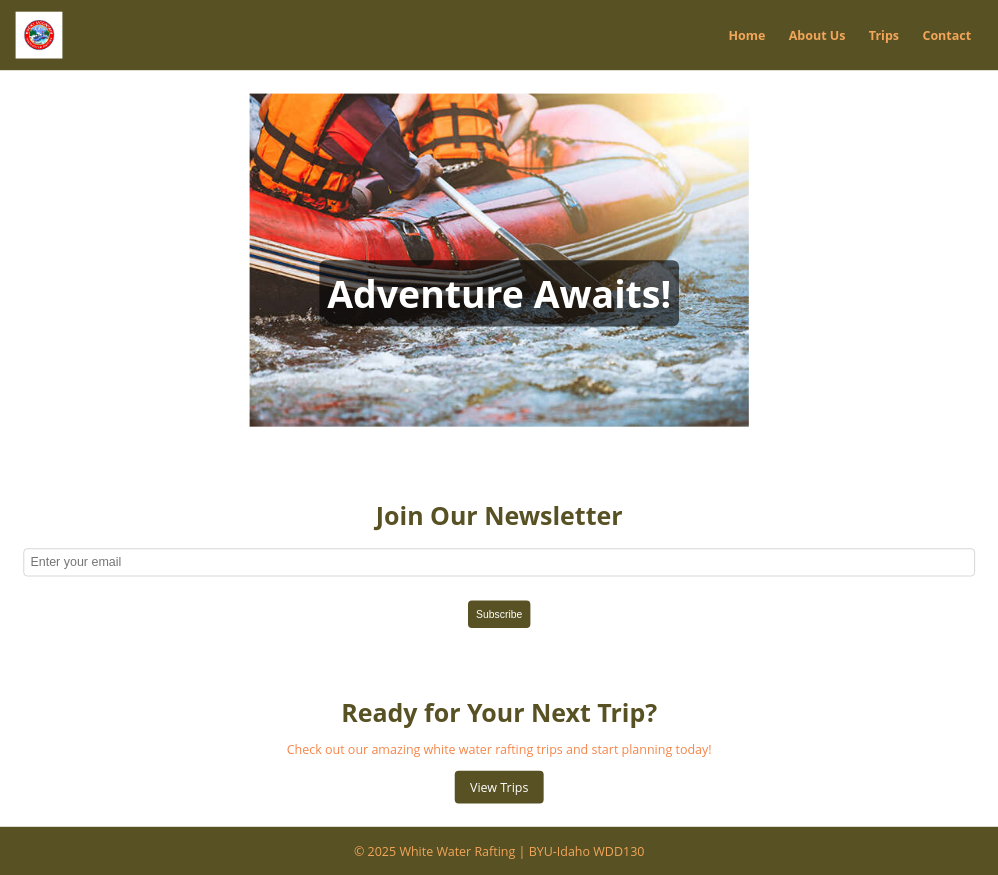
Repository: EguJaredoBoyd/wdd130
Page: wwr/index.html
An editor plug-in stored every save of this project. The page is shown before and after the next save, followed by the edit.
The browser window is 1280 px wide. The pictures show the whole page, at 78% of full size.

Above is the page before, as saved 2025-04-12 18:43:32.

### wwr/index.html
<!DOCTYPE html>
<html lang="en">

<head>
    <meta charset="UTF-8" />
    <meta name="viewport" content="width=device-width, initial-scale=1.0" />
    <meta name="description" content="White Water Rafting - Adventure Awaits! Plan your next trip with us.">
    <title>White Water Rafting | Home</title>
    <link rel="stylesheet" href="./styles/rafting.css" />
</head>

<body>
    <header>
        <img src="./images/rafting1.jpg" alt="Rafting Site Logo" class="logo" />
        <nav>
            <ul>
                <li><a href="index.html">Home</a></li>
                <li><a href="about.html">About Us</a></li>
                <li><a href="trips.html">Trips</a></li>
                <li><a href="contact.html">Contact</a></li>
            </ul>
        </nav>
    </header>

    <main>
        <section class="hero">
            <img src="./images/rHero.jpg" alt="Rafting adventure" class="hero"/>
            <h1>Adventure Awaits!</h1>
        </section>

        <section class="newsletter">
            <h2>Join Our Newsletter</h2>
            <form>
                <input type="email" placeholder="Enter your email" required />
                <button type="submit">Subscribe</button>
            </form>
        </section>

        <section class="cta">
            <h2>Ready for Your Next Trip?</h2>
            <p>Check out our amazing white water rafting trips and start planning today!</p>
            <a class="btn" href="trips.html">View Trips</a>
        </section>
    </main>

    <footer>
        <p>&copy; 2025 White Water Rafting | BYU-Idaho WDD130</p>
    </footer>
</body>

</html>

### wwr/styles/rafting.css
/* ========== Color Variables ========== */
:root {
    --primary-color: #585123;
    --secondary-color: #eec170;
    --accent-color: #f2a65a;
    --text-color: #f58549;
    --background-color: #ffffff;
}

/* ========== Global Styles ========== */
body {
    font-family: 'Open Sans', sans-serif;
    color: var(--text-color);
    background-color: var(--background-color);
    margin: 0;
    padding: 0;
}

a {
    text-decoration: none;
    color: inherit;
}

/* ========== Header ========== */
header {
    display: flex;
    align-items: center;
    justify-content: space-between;
    background-color: var(--primary-color);
    padding: 15px 20px;
    flex-wrap: wrap;
}

.logo {
    height: 60px;
}

header h1 {
    color: var(--secondary-color);
    font-size: 1.8em;
    margin: 0 auto;
}

/* ========== Navigation ========== */
nav ul {
    display: flex;
    justify-content: center;
    list-style: none;
    padding: 0;
    margin: 0;
    flex-wrap: wrap;
}

nav ul li {
    margin: 0 15px;
}

nav a {
    color: var(--accent-color);
    font-weight: 700;
    transition: color 0.3s ease-in-out;
}

nav a:hover,
nav a.active {
    color: var(--secondary-color);
}

/* ========== Hero Section ========== */
.hero {
    position: relative;
    text-align: center;
    color: var(--accent-color);
}

.hero-image {
    width: 100%;
    height: auto;
}

.hero h1 {
    position: absolute;
    top: 50%;
    left: 50%;
    transform: translate(-50%, -50%);
    font-size: 3em;
    background-color: rgba(0, 0, 0, 0.6);
    color: white;
    padding: 10px;
    border-radius: 8px;
}

/* ========== Sections ========== */
section {
    padding: 30px;
    text-align: center;
}

section h2 {
    color: var(--primary-color);
    font-size: 2em;
    margin-bottom: 15px;
}

/* ========== Call-to-Action Button ========== */
.btn {
    background-color: var(--primary-color);
    color: white;
    padding: 10px 20px;
    border-radius: 5px;
    display: inline-block;
    transition: background 0.3s;
}

.btn:hover {
    background-color: var(--accent-color);
}

/* ========== Newsletter Form ========== */
.newsletter form {
    display: flex;
    justify-content: center;
    flex-wrap: wrap;
    gap: 1rem;
    margin-top: 1rem;
}

.newsletter input {
    padding: 0.5rem;
    font-size: 1rem;
    border-radius: 5px;
    border: 1px solid #ccc;
}

/* ========== Mission Article ========== */
article {
    display: flex;
    align-items: center;
    background-color: var(--secondary-color);
    padding: 20px;
    border-radius: 10px;
    margin: 20px auto;
    max-width: 900px;
    flex-wrap: wrap;
}

.article-image {
    width: 200px;
    margin-right: 20px;
    border-radius: 8px;
}

/* ========== Adventure Gallery ========== */
.adventure-gallery {
    display: grid;
    grid-template-columns: repeat(auto-fit, minmax(200px, 1fr));
    gap: 20px;
    padding: 20px;
}

.adventure-gallery figure {
    text-align: center;
    background-color: var(--background-color);
    padding: 10px;
    border-radius: 8px;
    box-shadow: 0 4px 8px rgba(0, 0, 0, 0.2);
}

.adventure-gallery img {
    width: 100%;
    height: auto;
    border-radius: 8px;
}

figcaption {
    margin-top: 8px;
    font-weight: bold;
    color: var(--text-color);
}

/* ========== Trip Grid (Trips Page) ========== */
.trips-grid {
    display: grid;
    grid-template-columns: repeat(auto-fit, minmax(250px, 1fr));
    gap: 2rem;
    padding: 2rem;
}

.trips-grid article {
    border: 1px solid #ccc;
    padding: 1rem;
    border-radius: 8px;
    text-align: center;
    background-color: var(--background-color);
}

/* ========== Contact Page ========== */
.company-info {
    background-color: var(--secondary-color);
    padding: 20px;
    border-radius: 8px;
}

.company-info p {
    font-size: 1.1em;
    margin: 5px 0;
}

/* ========== Employee Gallery ========== */
.employees {
    padding: 20px;
}

.employee-gallery {
    display: flex;
    justify-content: center;
    gap: 20px;
    flex-wrap: wrap;
}

.employee-gallery figure {
    text-align: center;
    background-color: var(--background-color);
    padding: 15px;
    border-radius: 10px;
    box-shadow: 0 4px 8px rgba(0, 0, 0, 0.2);
}

.employee-gallery img {
    width: 200px;
    height: 200px;
    border-radius: 50%;
}

/* ========== Contact Form ========== */
.contact-form {
    background-color: var(--secondary-color);
    padding: 20px;
    border-radius: 10px;
    max-width: 600px;
    margin: auto;
}

.contact-form form {
    display: flex;
    flex-direction: column;
}

.contact-form label {
    font-weight: bold;
    margin-top: 10px;
}

input,
textarea {
    padding: 8px;
    margin-top: 5px;
    border-radius: 5px;
    border: 1px solid #ccc;
    width: 100%;
}

fieldset {
    border: none;
    padding: 10px 0;
}

fieldset label {
    display: block;
    margin-bottom: 5px;
}

button {
    background-color: var(--primary-color);
    color: white;
    padding: 10px;
    border: none;
    margin-top: 15px;
    cursor: pointer;
    border-radius: 5px;
    transition: background 0.3s;
}

button:hover {
    background-color: var(--accent-color);
}

/* ========== Footer ========== */
footer {
    background-color: var(--primary-color);
    color: var(--accent-color);
    text-align: center;
    padding: 15px 0;
}

footer p {
    margin: 5px 0;
}

.social-icons {
    display: flex;
    justify-content: center;
    gap: 15px;
    margin-top: 10px;
}

.social-icons a {
    display: inline-block;
}

footer img {
    width: 35px;
    height: 35px;
    transition: transform 0.3s ease-in-out;
}

footer img:hover {
    transform: scale(1.1);
}

/* ========== Responsive Design ========== */
@media (max-width: 768px) {
    header {
        flex-direction: column;
        text-align: center;
    }

    nav ul {
        flex-direction: column;
        padding-top: 10px;
    }

    nav ul li {
        margin-bottom: 10px;
    }

    .hero h1 {
        font-size: 2em;
        padding: 5px;
    }

    .article-image {
        width: 150px;
        margin: 0 auto 15px;
    }

    .employee-gallery {
        flex-direction: column;
        align-items: center;
    }
}

After the next save:
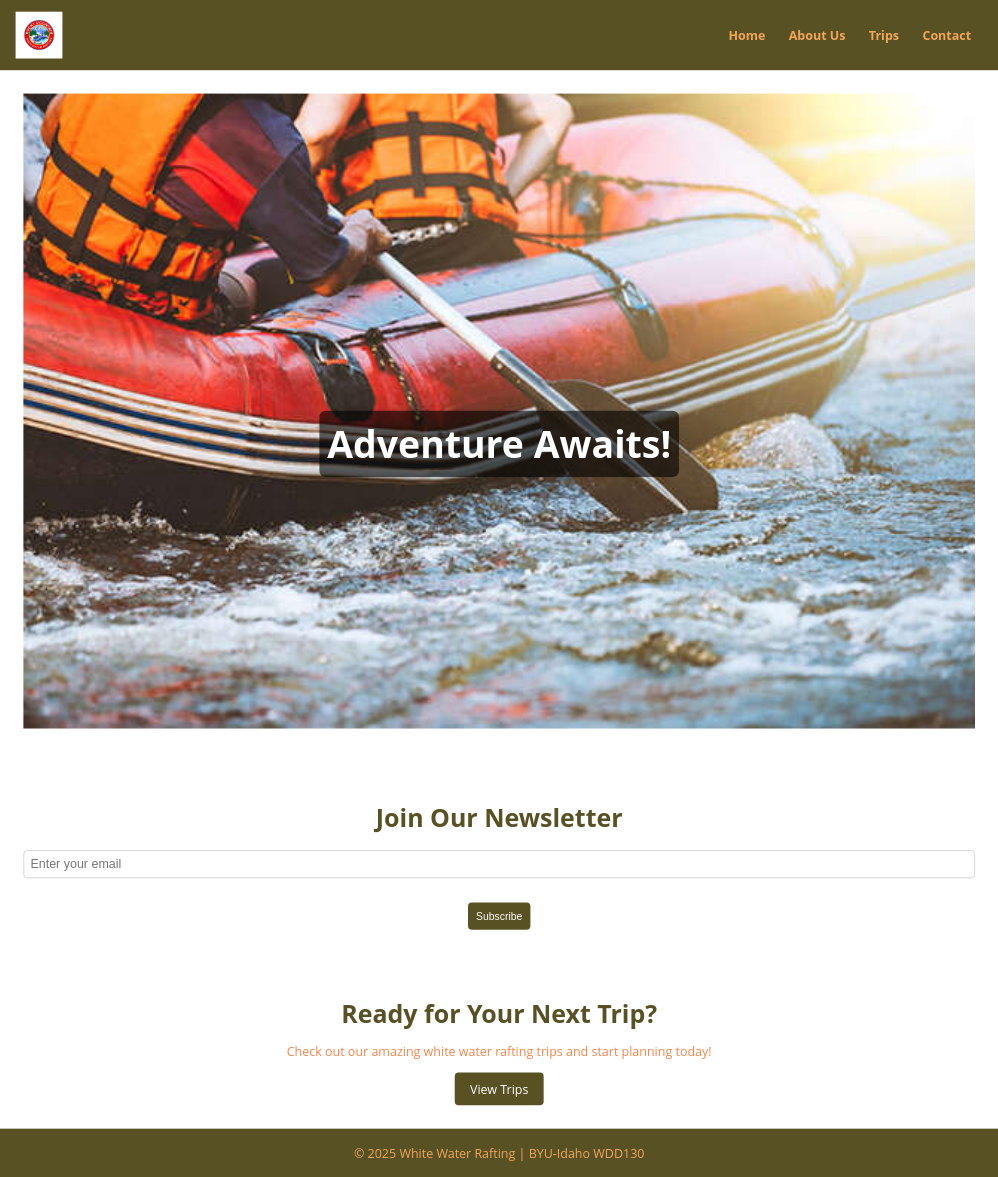
Saved 68 s later.
--- a/wwr/index.html
+++ b/wwr/index.html
@@ -24,7 +24,7 @@
 
     <main>
         <section class="hero">
-            <img src="./images/rHero.jpg" alt="Rafting adventure" class="hero"/>
+            <img src="./images/rHero.jpg" alt="Rafting adventure" class="hero-image"/>
             <h1>Adventure Awaits!</h1>
         </section>
 
